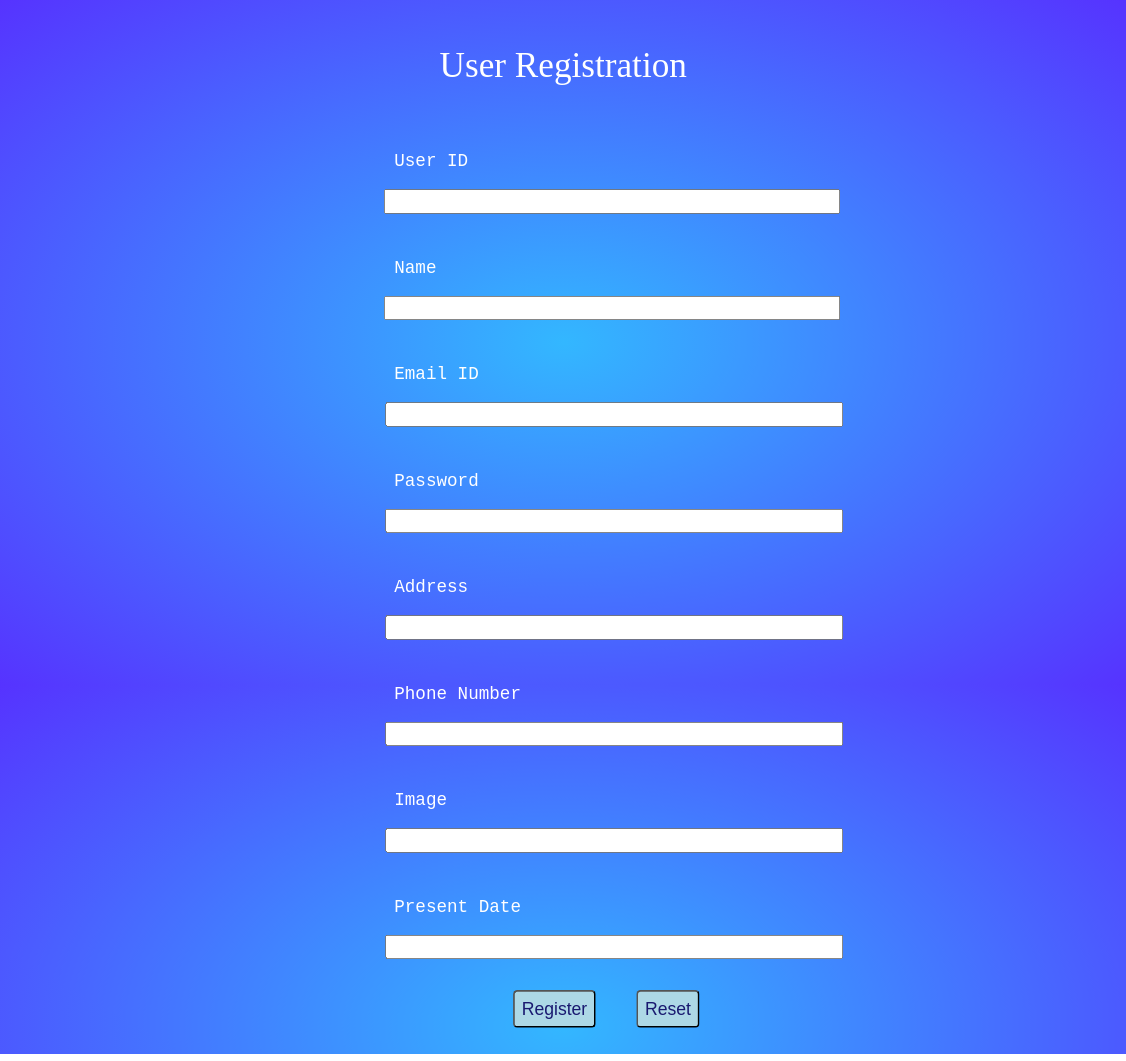
Repository: ShreyasG27/Amdocs-Training
Page: http://localhost/e-learning-frontend/register.jsp
The author's editor kept a copy of each file at every save. The page is drawn from the files as they stood at one save, then again after the next save.
The browser window is 1280 px wide. The pictures show the whole page, at 88% of full size.
The page is served by Tomcat 9.

Above is the page before, as saved 2021-08-22 16:28:30.

After the next save:
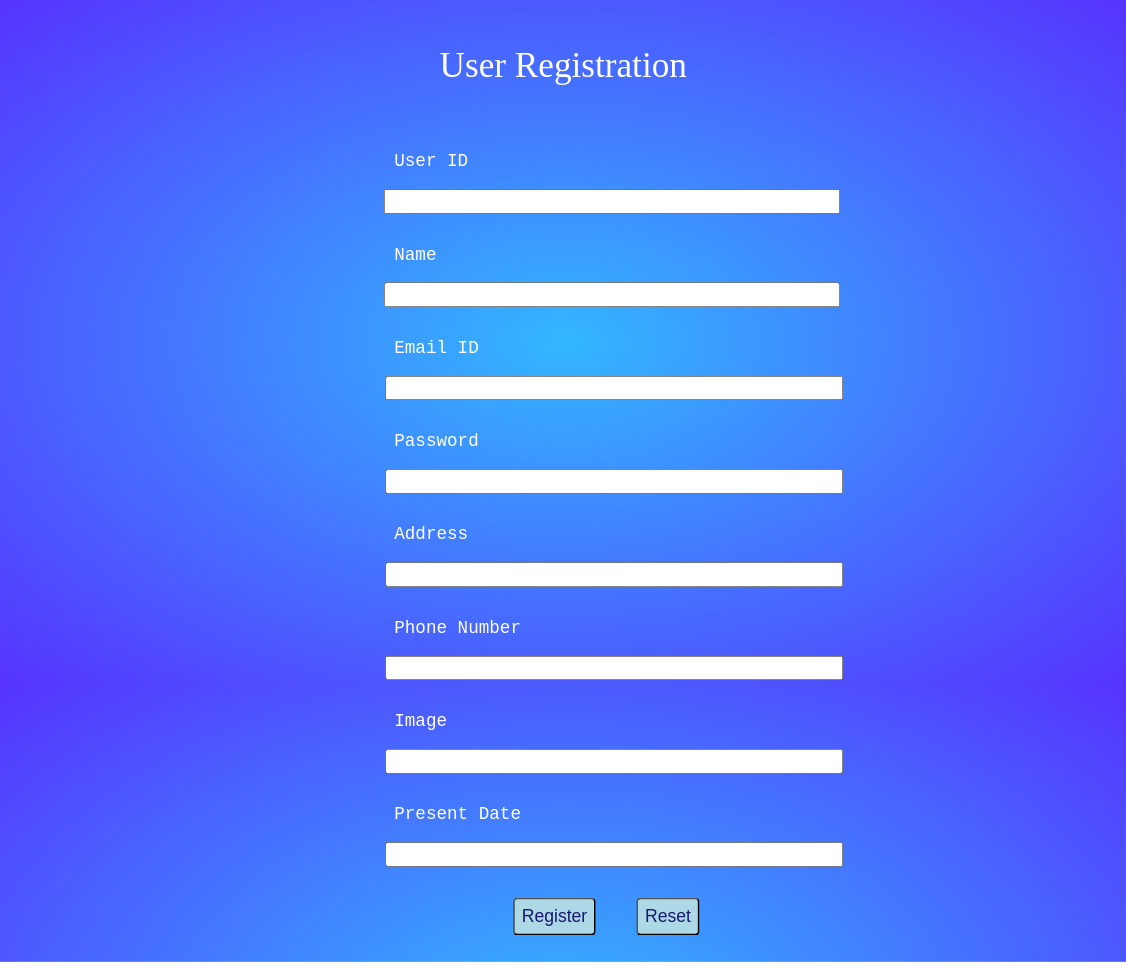
Saved 55 s later.
--- a/e-learning-frontend/src/main/webapp/register.jsp
+++ b/e-learning-frontend/src/main/webapp/register.jsp
@@ -82,13 +82,13 @@ margin-top: 50px;
 <center><p class="heading">User Registration</p></center>
 <form action="register" method="POST">
     <pre>
-    <p class="txtfld">User ID</p> <input class="inputfld1" type="number" name="userid"><br>
-    <p class="txtfld">Name</p> <input class="inputfld1" type="text" name="name"><br>
-    <p class="txtfld">Email ID</p><input class="inputfld" type="email" name="email"><br>
-   <p class="txtfld">Password</p><input class="inputfld" type="password" name="password"><br>
-    <p class="txtfld">Address</p><input class="inputfld" type="text" name="address"><br>
-    <p class="txtfld">Phone Number</p><input class="inputfld" type="number" name="phone"><br>
-    <p class="txtfld">Image</p><input class="inputfld" type="text" name="image"><br>
+    <p class="txtfld">User ID</p> <input class="inputfld1" type="number" name="userid">
+    <p class="txtfld">Name</p> <input class="inputfld1" type="text" name="name">
+    <p class="txtfld">Email ID</p><input class="inputfld" type="email" name="email">
+   <p class="txtfld">Password</p><input class="inputfld" type="password" name="password">
+    <p class="txtfld">Address</p><input class="inputfld" type="text" name="address">
+    <p class="txtfld">Phone Number</p><input class="inputfld" type="number" name="phone">
+    <p class="txtfld">Image</p><input class="inputfld" type="text" name="image">
     <p class="txtfld">Present Date</p><input class="inputfld" type="text" name="date"><br>
                 <input class="submitbutton" type="submit" value="Register">  <input class="resetbutton" type="reset" value="Reset"><br>
     </pre>
